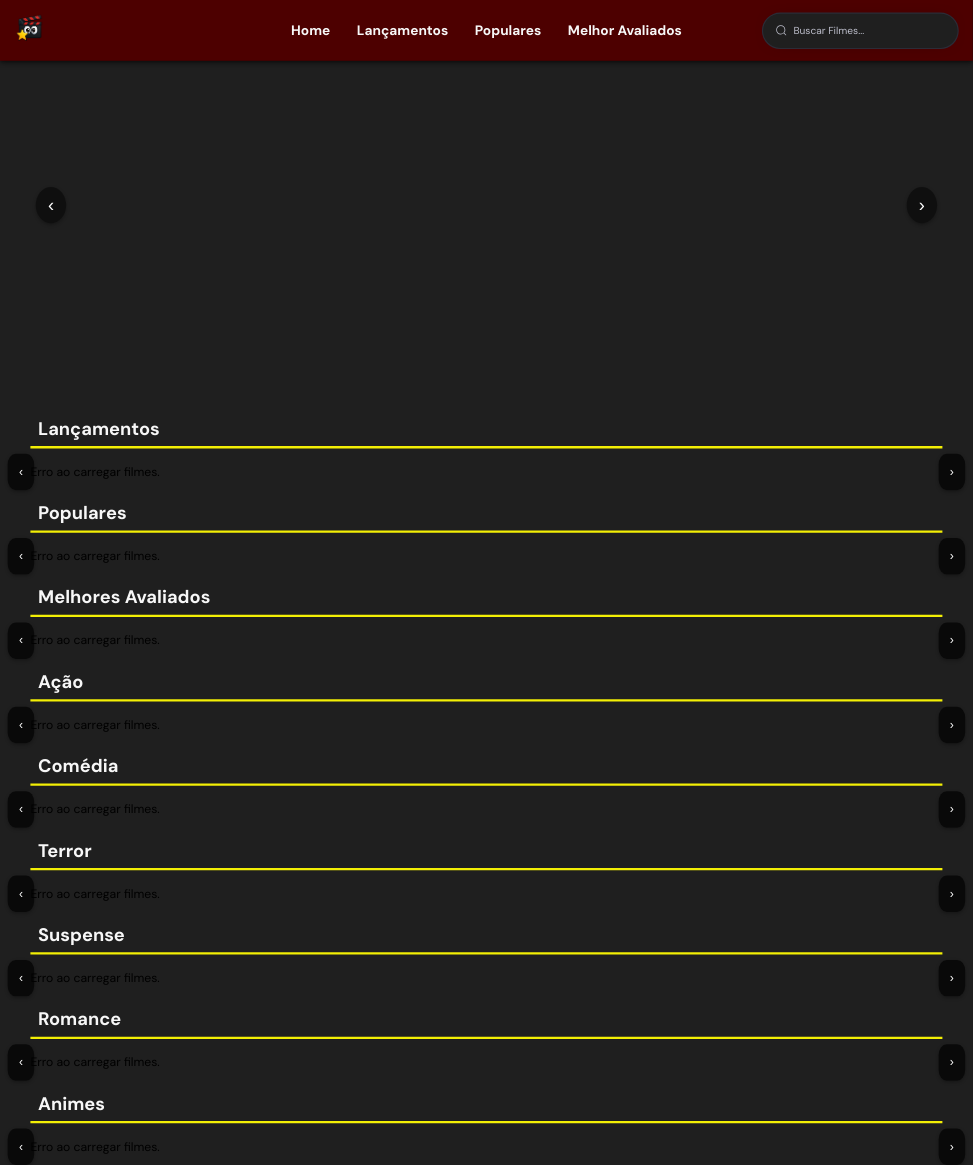
Repository: juanpablitozito/stat-viewer
Page: index.html
An editor plug-in stored every save of this project. The page is shown before and after the next save, followed by the edit.
The browser window is 1280 px wide. The pictures show the whole page, at 76% of full size.
The page's requests for data from a server got no answer.

Above is the page before, as saved 2025-10-01 21:17:32.

After the next save:
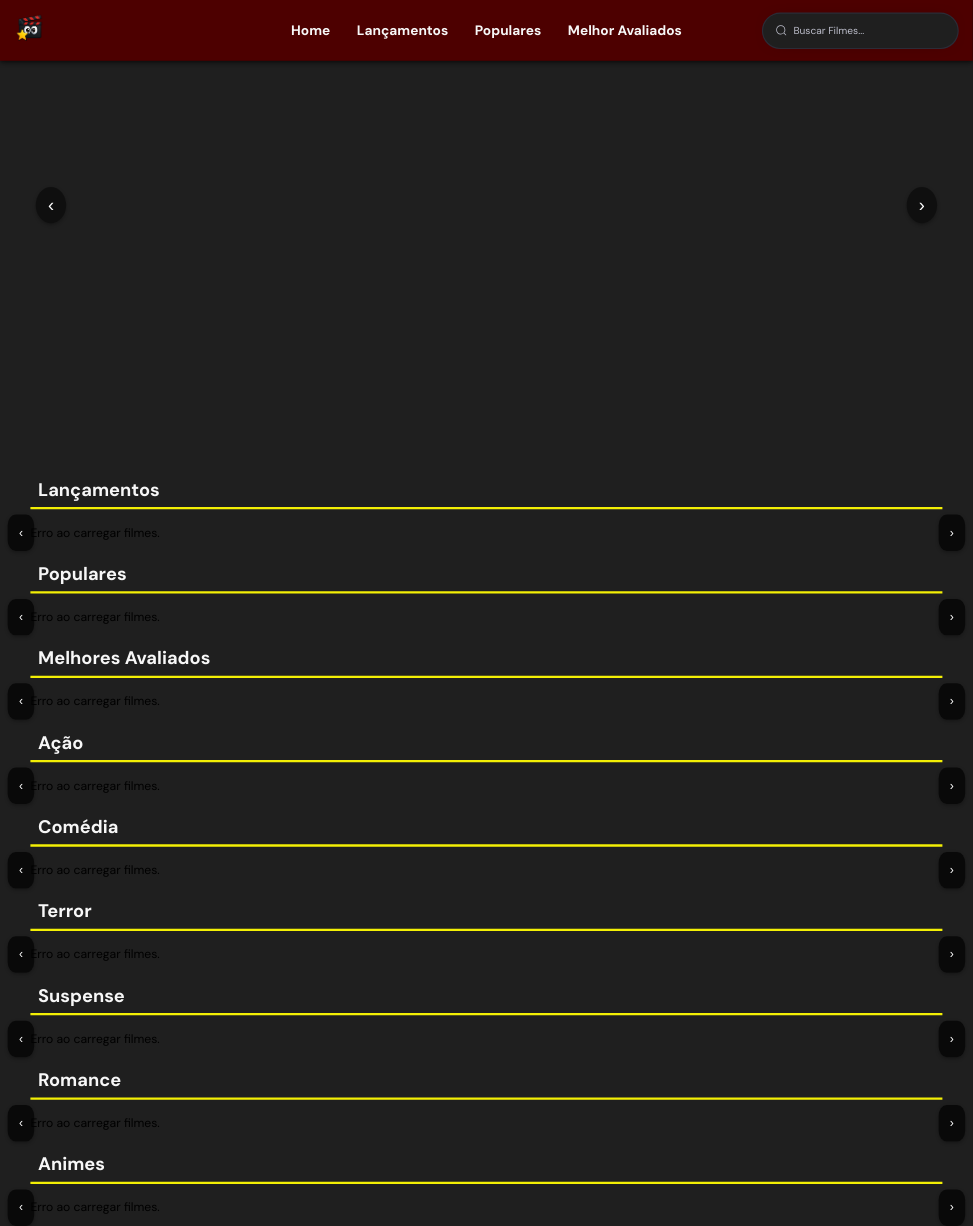
Saved 4 s later.
--- a/src/styles/style.css
+++ b/src/styles/style.css
@@ -132,7 +132,7 @@ nav img {
   position: relative;  /* Posição relativa */
   width: 95vw;  /* Largura do carrossel */
   height: 600px;  /* Altura do carrossel */
-  margin: 20px auto 20px;  /* Margem automática para centralizar */
+  margin: 20px auto 100px;  /* Margem automática para centralizar */
   overflow: hidden;  /* Oculta qualquer conteúdo fora da área visível */
   border-radius: 10px;  /* Bordas arredondadas */
   box-shadow: 0 4px 10px var(--sombra);  /* Sombra para o carrossel */
